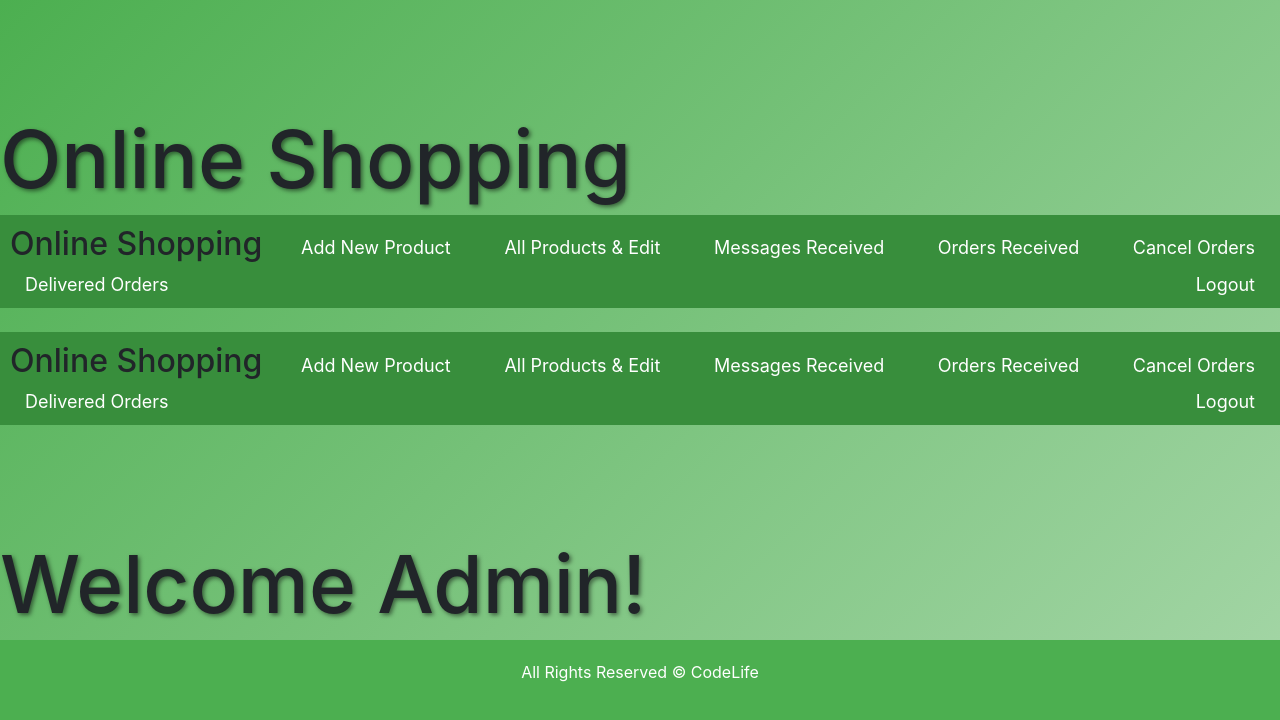
Repository: Dineshbabu290904/DigiMart
Page: http://localhost/DigiMart/admin/adminHome.jsp
The author's editor kept a copy of each file at every save. The page is drawn from the files as they stood at one save, then again after the next save.
The browser window is 1280 px wide. The pictures show the whole page.
Some web libraries are served in a nearby version. The page is served by Tomcat 9. Other server files are loaded and not shown.

Above is the page before, as saved 2024-10-16 15:54:32.

### DigiMart/src/main/webapp/admin/adminHome.jsp
<%@include file="adminHeader.jsp"%>

<!DOCTYPE html>
<html lang="en">
<head>
    <meta charset="UTF-8">
    <meta name="viewport" content="width=device-width, initial-scale=1.0">
    <link rel="stylesheet" href="https://stackpath.bootstrapcdn.com/bootstrap/4.5.2/css/bootstrap.min.css">
    <title>Welcome</title>
    <style>
        body {
            background: linear-gradient(135deg, #4caf50, #a5d6a7); /* Green gradient background */
            height: 100vh; /* Full viewport height */
            display: flex; /* Flexbox for centering */
            flex-direction: column; /* Stack children vertically */
            margin: 0; /* Remove default margin */
        }
        .navbar {
            background-color: #388e3c; /* Darker green for navbar */
            padding: 10px; /* Padding around navbar */
        }
        .navbar a {
            color: white; /* White text for links */
            margin: 0 15px; /* Spacing between links */
            text-decoration: none; /* Remove underline */
            font-size: 18px; /* Larger font size */
        }
        .navbar a:hover {
            text-decoration: underline; /* Underline on hover */
        }
        h1 {
            font-size: 5rem; /* Responsive font size */
            text-shadow: 2px 2px 4px rgba(0, 0, 0, 0.5); /* Subtle shadow for depth */
            margin-top: auto; /* Push h1 to the center vertically */
        }
        footer {
            background-color: #4caf50; /* Same green as background */
            color: white; /* White text */
            text-align: center; /* Center text */
            padding: 20px; /* Padding around footer */
            position: relative; /* For positioning */
            bottom: 0; /* Stick to bottom */
            width: 100%; /* Full width */
        }
    </style>
</head>
<body>

    <nav class="navbar">
        <h2>Online Shopping</h2>
        <a href="addNewProduct.jsp">Add New Product</a>
        <a href="allProductEditProduct.jsp">All Products & Edit</a>
        <a href="#">Messages Received</a>
        <a href="#">Orders Received</a>
        <a href="#">Cancel Orders</a>
        <a href="#">Delivered Orders</a>
        <a href="../logout.jsp">Logout</a>
    </nav>

    <h1>Welcome Admin!</h1>

    <footer>
        <p>All Rights Reserved &copy; CodeLife</p>
    </footer>

    <!-- Bootstrap JS and dependencies -->
    <script src="https://code.jquery.com/jquery-3.5.1.slim.min.js"></script>
    <script src="https://cdn.jsdelivr.net/npm/@popperjs/core@2.5.3/dist/umd/popper.min.js"></script>
    <script src="https://stackpath.bootstrapcdn.com/bootstrap/4.5.2/js/bootstrap.min.js"></script>

</body>
</html>

### DigiMart/src/main/webapp/admin/adminHeader.jsp
<%@page errorPage="../error.jsp" %>
<!DOCTYPE html>
<html lang="en">
<head>
    <meta charset="UTF-8">
    <meta name="viewport" content="width=device-width, initial-scale=1.0">
    <link rel="stylesheet" href="../css/home-style.css">
    <link rel="stylesheet" href="https://cdnjs.cloudflare.com/ajax/libs/font-awesome/4.7.0/css/font-awesome.min.css">
    <link rel="stylesheet" href="https://stackpath.bootstrapcdn.com/bootstrap/4.5.2/css/bootstrap.min.css">
    <script src='https://kit.fontawesome.com/a076d05399.js'></script>
    <title>Admin Home</title>
    <style>
        body {
            background: linear-gradient(135deg, #4caf50, #a5d6a7); /* Green gradient background */
            height: 100vh; /* Full viewport height */
            display: flex; /* Flexbox for centering */
            flex-direction: column; /* Stack children vertically */
            margin: 0; /* Remove default margin */
        }
        .navbar {
            background-color: #388e3c; /* Darker green for navbar */
            padding: 10px; /* Padding around navbar */
        }
        .navbar a {
            color: white; /* White text for links */
            margin: 0 15px; /* Spacing between links */
            text-decoration: none; /* Remove underline */
            font-size: 18px; /* Larger font size */
        }
        .navbar a:hover {
            text-decoration: underline; /* Underline on hover */
        }
        h1 {
            font-size: 5rem; /* Responsive font size */
            text-shadow: 2px 2px 4px rgba(0, 0, 0, 0.5); /* Subtle shadow for depth */
            margin-top: auto; /* Push h1 to the center vertically */
        }
        footer {
            background-color: #4caf50; /* Same green as background */
            color: white; /* White text */
            text-align: center; /* Center text */
            padding: 20px; /* Padding around footer */
            position: relative; /* For positioning */
            bottom: 0; /* Stick to bottom */
            width: 100%; /* Full width */
        }
    </style>
</head>
<body>
	<h1>Online Shopping</h1>
     <nav class="navbar">
        <h2>Online Shopping</h2>
        <a href="addNewProduct.jsp">Add New Product</a>
        <a href="allProductEditProduct.jsp">All Products & Edit</a>
        <a href="#">Messages Received</a>
        <a href="#">Orders Received</a>
        <a href="#">Cancel Orders</a>
        <a href="#">Delivered Orders</a>
        <a href="../logout.jsp">Logout</a>
    </nav>

    <br>


    <!-- Bootstrap JS and dependencies -->
    <script src="https://code.jquery.com/jquery-3.5.1.slim.min.js"></script>
    <script src="https://cdn.jsdelivr.net/npm/@popperjs/core@2.5.3/dist/umd/popper.min.js"></script>
    <script src="https://stackpath.bootstrapcdn.com/bootstrap/4.5.2/js/bootstrap.min.js"></script>

</body>
</html>

### DigiMart/src/main/webapp/css/home-style.css
    body {
  font-family: "Open Sans", sans-serif;
  line-height: 1.25;
  background-color: green;
}
a
{
	text-decoration: none;
}
.sticky {
  position: -webkit-sticky;
  position: sticky;
  top: 0;
}

table {
  border: 1px solid #ccc;
  border-collapse: collapse;
  margin: 0;
  padding: 0;
  width: 100%;
  /*margin-left: 5%;*/
  table-layout: fixed;
}

table caption {
  font-size: 1.5em;
  margin: .5em 0 .75em;
}

table tr {
  background-color: #f8f8f8;
  border: 1px solid #ddd;
  padding: .35em;
}

table th,
table td {
  padding: .625em;
  text-align: center;
}

table th {
  font-size: .85em;
  letter-spacing: .1em;
  text-transform: uppercase;
}

@media screen and (max-width: 600px) {
  table {
    border: 0;
  }

  table caption {
    font-size: 1.3em;
  }

  table thead {
    border: none;
    clip: rect(0 0 0 0);
    height: 1px;
    margin: -1px;
    overflow: hidden;
    padding: 0;
    position: absolute;
    width: 1px;
  }

  table tr {
    border-bottom: 3px solid #ddd;
    display: block;
    margin-bottom: .625em;
  }

  table td {
    border-bottom: 1px solid #ddd;
    display: block;
    font-size: .8em;
    text-align: right;
  }

  table td::before {
    /*
    * aria-label has no advantage, it won't be read inside a table
    content: attr(aria-label);
    */
    content: attr(data-label);
    float: left;
    font-weight: bold;
    text-transform: uppercase;
  }

  table td:last-child {
    border-bottom: 0;
  }
}

/*Header Css*/
* {box-sizing: border-box;}

    body {
      margin: 0;
      font-family: Arial, Helvetica, sans-serif;
    }

    .topnav {
      overflow: hidden;
      background-color: #e9e9e9;
    }

    .topnav a {
      float: left;
      display: block;
      color: black;
      text-align: center;
      padding: 14px 16px;
      text-decoration: none;
      font-size: 17px;
    }

    .topnav a:hover {
      background-color: #ddd;
      color: black;
    }

    .topnav a.active {
      background-color: green;
      color: white;
    }

    .topnav .search-container {
      float: right;
    }

    .topnav input[type=text] {
      padding: 6px;
      margin-top: 8px;
      font-size: 17px;
      border: none;
    }

    .topnav .search-container button {
      float: right;
      padding: 6px 10px;
      margin-top: 8px;
      margin-right: 16px;
      background: #ddd;
      font-size: 17px;
      border: none;
      cursor: pointer;
    }

    .topnav .search-container button:hover {
      background: #ccc;
    }

    @media screen and (max-width: 600px) {
      .topnav .search-container {
        float: none;
      }
      .topnav a, .topnav input[type=text], .topnav .search-container button {
        float: none;
        display: block;
        text-align: left;
        width: 100%;
        margin: 0;
        padding: 14px;
      }
      .topnav input[type=text] {
        border: 1px solid #ccc;
      }

    }
/*footer*/
.footer {
   position: fixed;
   left: 0;
   bottom: 0;
   width: 100%;
   background-color:#ccc;
   color:black;
   text-align: center;
}

.h2222 {
  width: 100%;
  padding: 12px 20px;
  margin: 8px 0;
  box-sizing: border-box;
  border: none;
  background-color: #3CBC8D;
  color: white;
}

After the next save:
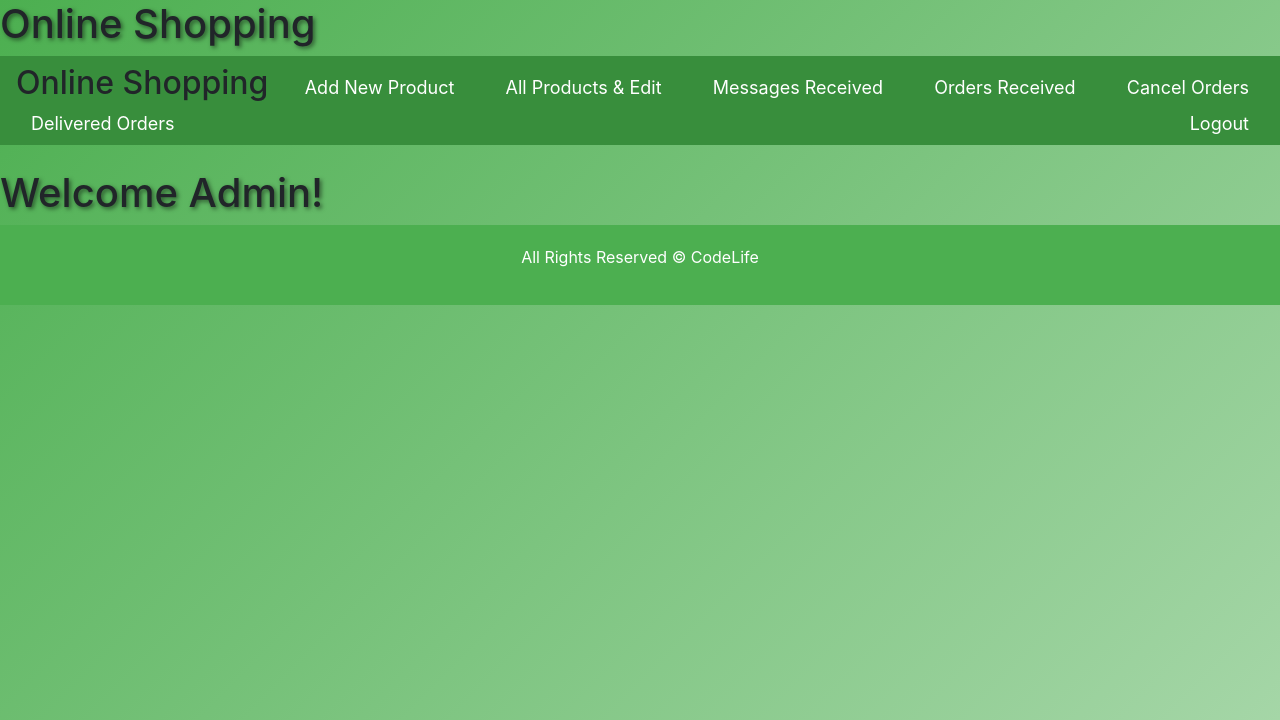
Saved 11 s later.
--- a/DigiMart/src/main/webapp/admin/adminHome.jsp
+++ b/DigiMart/src/main/webapp/admin/adminHome.jsp
@@ -8,55 +8,10 @@
     <link rel="stylesheet" href="https://stackpath.bootstrapcdn.com/bootstrap/4.5.2/css/bootstrap.min.css">
     <title>Welcome</title>
     <style>
-        body {
-            background: linear-gradient(135deg, #4caf50, #a5d6a7); /* Green gradient background */
-            height: 100vh; /* Full viewport height */
-            display: flex; /* Flexbox for centering */
-            flex-direction: column; /* Stack children vertically */
-            margin: 0; /* Remove default margin */
-        }
-        .navbar {
-            background-color: #388e3c; /* Darker green for navbar */
-            padding: 10px; /* Padding around navbar */
-        }
-        .navbar a {
-            color: white; /* White text for links */
-            margin: 0 15px; /* Spacing between links */
-            text-decoration: none; /* Remove underline */
-            font-size: 18px; /* Larger font size */
-        }
-        .navbar a:hover {
-            text-decoration: underline; /* Underline on hover */
-        }
-        h1 {
-            font-size: 5rem; /* Responsive font size */
-            text-shadow: 2px 2px 4px rgba(0, 0, 0, 0.5); /* Subtle shadow for depth */
-            margin-top: auto; /* Push h1 to the center vertically */
-        }
-        footer {
-            background-color: #4caf50; /* Same green as background */
-            color: white; /* White text */
-            text-align: center; /* Center text */
-            padding: 20px; /* Padding around footer */
-            position: relative; /* For positioning */
-            bottom: 0; /* Stick to bottom */
-            width: 100%; /* Full width */
-        }
+
     </style>
 </head>
 <body>
-
-    <nav class="navbar">
-        <h2>Online Shopping</h2>
-        <a href="addNewProduct.jsp">Add New Product</a>
-        <a href="allProductEditProduct.jsp">All Products & Edit</a>
-        <a href="#">Messages Received</a>
-        <a href="#">Orders Received</a>
-        <a href="#">Cancel Orders</a>
-        <a href="#">Delivered Orders</a>
-        <a href="../logout.jsp">Logout</a>
-    </nav>
-
     <h1>Welcome Admin!</h1>
 
     <footer>
